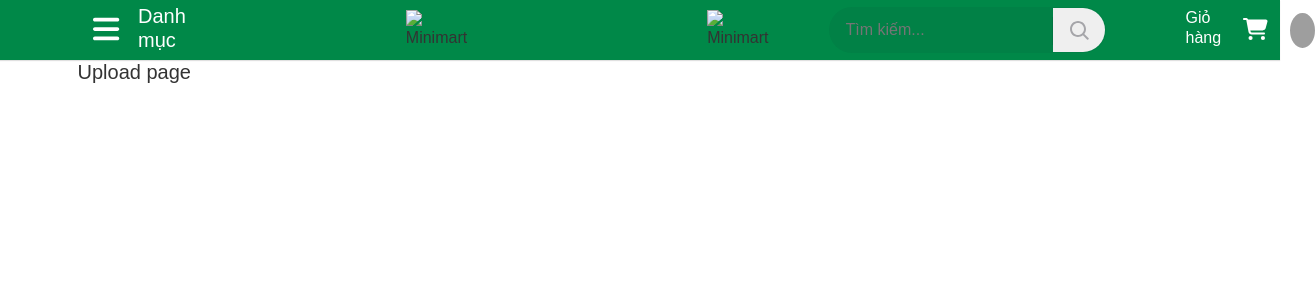
Repository: Duytan05/tiktok-ui
Page: /upload
These files come from the project's save history. The page is drawn as it stood at one moment and after the next save; the edit follows.
The browser window is 1280 px wide. The page is 1315 px wide, then 1280 px, so the pictures cover 1315 px, including what lies to the right of the window. The pictures show the whole page.
Pictures or frames that could not be fetched are drawn as grey boxes. Some web fonts or font styles are not loaded; a fallback is used. The project was rebuilt for these pictures with package versions that can differ from the ones it lists, and the page was loaded fresh each time. Also part of the build but not shown: src/component/Button/Button.module.scss, src/component/Popper/Popper.module.scss, src/component/Popper/Menu/Menu.module.scss, src/component/Popper/Menu/Header.js, src/component/AccountItem/AccountItem.module.scss, src/component/AccountItem/index.js, src/component/Layout/components/Cart/CartItem.js, src/component/Layout/components/Container/Container.module.scss and 16 more.

Above is the page before, as saved 2023-05-23 14:16:02.

### public/index.html
<!DOCTYPE html>

<html lang="en">
    <head>
        <link rel="stylesheet" href="https://cdn.jsdelivr.net/npm/bootstrap@5.3.0-alpha1/dist/css/bootstrap.min.css" />
        <meta charset="utf-8" />
        <link rel="icon" href="%PUBLIC_URL%/favicon.ico" />
        <meta name="viewport" content="width=device-width, initial-scale=1" />
        <meta name="theme-color" content="#000000" />
        <meta name="description" content="Web site created using create-react-app" />
        <link rel="apple-touch-icon" href="%PUBLIC_URL%/logo192.png" />

        <!--
      manifest.json provides metadata used when your web app is installed on a
      user's mobile device or desktop. See https://developers.google.com/web/fundamentals/web-app-manifest/
    -->
        <link rel="manifest" href="%PUBLIC_URL%/manifest.json" />

        <!--
      Notice the use of %PUBLIC_URL% in the tags above.
      It will be replaced with the URL of the `public` folder during the build.
      Only files inside the `public` folder can be referenced from the HTML.

      Unlike "/favicon.ico" or "favicon.ico", "%PUBLIC_URL%/favicon.ico" will
      work correctly both with client-side routing and a non-root public URL.
      Learn how to configure a non-root public URL by running `npm run build`.
    -->
        <title>React App</title>
    </head>

    <body>
        <script
            src="https://cdn.jsdelivr.net/npm/bootstrap@5.3.0-alpha1/dist/js/bootstrap.bundle.min.js"
            integrity="sha384-w76AqPfDkMBDXo30jS1Sgez6pr3x5MlQ1ZAGC+nuZB+EYdgRZgiwxhTBTkF7CXvN"
            crossorigin="anonymous"
        ></script>
        <noscript>You need to enable JavaScript to run this app.</noscript>
        <div id="root"></div>
        <!--
      This HTML file is a template.
      If you open it directly in the browser, you will see an empty page.

      You can add webfonts, meta tags, or analytics to this file.
      The build step will place the bundled scripts into the <body> tag.

      To begin the development, run `npm start` or `yarn start`.
      To create a production bundle, use `npm run build` or `yarn build`.
    --></body>
</html>

### src/index.js
import React from 'react';

import ReactDOM from 'react-dom/client';
import App from '~/App';
import reportWebVitals from './reportWebVitals';
import GlobalStyle from '~/component/GlobalStyles';
const root = ReactDOM.createRoot(document.getElementById('root'));
root.render(
    <React.StrictMode>
        <GlobalStyle>
            <App />
        </GlobalStyle>
    </React.StrictMode>,
);

// If you want to start measuring performance in your app, pass a function
// to log results (for example: reportWebVitals(console.log))
// or send to an analytics endpoint. Learn more: https://bit.ly/CRA-vitals
reportWebVitals();

### src/App.js
import { Fragment } from 'react';
import { BrowserRouter as Router, Routes, Route } from 'react-router-dom';
import { publicRoutes } from '~/routers';
import { DefaultLayout } from './component/Layout';
import '../node_modules/bootstrap/dist/css/bootstrap.min.css';
import { CartProvider } from 'react-use-cart';
function App() {
    return (
        <CartProvider>
            <Router>
                <div className="App">
                    <Routes>
                        {publicRoutes.map((route, index) => {
                            const Page = route.component;
                            let Layout = DefaultLayout;
                            if (route.layout) {
                                Layout = route.layout;
                            } else if (route.layout === null) {
                                Layout = Fragment;
                            }
                            return (
                                <Route
                                    key={index}
                                    path={route.path}
                                    element={
                                        <Layout>
                                            <Page />
                                        </Layout>
                                    }
                                />
                            );
                        })}
                    </Routes>
                </div>
            </Router>
        </CartProvider>
    );
}
export default App;

### src/component/GlobalStyles/index.js
import './GlobalStyles.scss';
function GlobalStyle({ children }) {
    return children;
}
export default GlobalStyle;

### src/routers/index.js
//layouts
import { HeaderOnly } from '~/component/Layout';

//pages
import Home from '~/pages/Home';
import Following from '~/pages/Following';
import Profile from '~/pages/Profile';
import Upload from '~/pages/Upload';
import Search from '~/pages/Search';
import Cart from '~/pages/Cart/Cart';

//Public routes
const publicRoutes = [
    { path: '/', component: Home },
    { path: '/folowing', component: Following },
    { path: '/@:nickname', component: Profile },
    { path: '/cart', component: Cart },
    { path: '/upload', component: Upload, layout: HeaderOnly },
    { path: '/search', component: Search, layout: null },
];

const priviteRoutes = [];

export { priviteRoutes, publicRoutes };

### src/component/GlobalStyles/GlobalStyles.scss
@import 'normalize.css';

:root {
    --primary: #fe2c55;
    --black: #000;
    --text-color: #333;
    --white: #fff;
    //Default layout
    --default-layout-header-height: 60px;
    --default-layout-width: 1150px;
    --default-layout-horizontal-spacer: 24px;
}
* {
    margin: 0;
    padding: 0;
    box-sizing: border-box;
}
html {
    font-size: 62.5%;
}
body {
    font-family: 'ProximaNova', sans-serif;
    font-size: 1.6rem;
    line-height: 1.5;
    text-rendering: optimizeSpeed;
    color: var(--text-color);
}
button,
input,
[tabindex] {
    outline: none;
    border: none;
}
a[href] {
    color: var(--text-color);
    text-decoration: none;
}
//Fonst embeded
@font-face {
    font-family: ProximaNova;
    src: url('/assets/fonts/Proxima-Nova-Regular.woff2');
    font-weight: 400;
}
@font-face {
    font-family: ProximaNova;
    src: url('/assets/fonts/Proxima-Nova-Semibold.woff2');
    font-weight: 600;
}
@font-face {
    font-family: ProximaNova;
    src: url('/assets/fonts/Proxima-Nova-Bold.woff');
    font-weight: 700;
}
@font-face {
    font-family: SofiaPro;
    src: url('/assets/fonts/sofiapro-bold.woff2');
    font-weight: 700;
}

//custom tippy tooltip
body {
    .tippy-box {
        border-radius: 8px;
        font-weight: 600;
        font-size: 1.6rem;
        line-height: 2.2rem;
        background-color: rgba(84, 84, 84, 0.92);
    }
    .tippy-content {
        padding: 8px 9px;
    }
    .tippy-arrow {
        color: rgba(84, 84, 84, 0.92);
    }
    .tippy-box[data-placement^='bottom'] > .tippy-arrow:before {
        top: -8px;
    }
}

### src/pages/Upload/index.js
function Upload() {
    return <h2>Upload page </h2>;
}
export default Upload;

### src/component/Layout/HeaderOnly/index.js
import Header from '~/component/Layout/components/Header';

function HeaderOnly({ children }) {
    return (
        <div>
            <Header />
            <div className="container">
                <div className="content">{children}</div>
            </div>
        </div>
    );
}

export default HeaderOnly;

### src/component/Layout/components/Header/index.js
import classNames from 'classnames/bind';
import { FontAwesomeIcon } from '@fortawesome/react-fontawesome';
import {
    faBars,
    faCartShopping,
    faCircleQuestion,
    faCloudUpload,
    faCoins,
    faEarthAsia,
    faEllipsisVertical,
    faGear,
    faKeyboard,
    faShoppingCart,
    faSignOut,
    faUser,
} from '@fortawesome/free-solid-svg-icons';
import Tippy from '@tippyjs/react';
import 'tippy.js/dist/tippy.css';
import Button from '~/component/Button';
import styles from './Header.module.scss';
import images from '~/assets/images';
import Menu from '~/component/Popper/Menu';
import { MessengerIcon, InboxIcon } from '~/component/icons';
import Image from '~/component/Images';
import Search from '../Search';
import Cart from '~/pages/Cart/Cart';
const cx = classNames.bind(styles);

const MENU_ITEMS = [
    {
        // icon: <FontAwesomeIcon icon={faEarthAsia} />,
        title: 'English',
        children: {
            title: 'language',
            data: [
                {
                    type: 'language',
                    code: 'en',
                    title: 'English',
                },
                {
                    type: 'language',
                    code: 'vi',
                    title: 'Tiếng Việt',
                },
            ],
        },
        separate: true,
    },
    {
        // icon: <FontAwesomeIcon icon={faCircleQuestion} />,
        title: 'GẠO, BỘT, ĐỒ KHÔ GẠO',
        children: {
            title: 'Gạo, bột, đồ khô',
            data: [
                {
                    type: 'Gạo, bột, đồ khô',
                    title: 'Gạo các loại',
                },
                {
                    type: 'Gạo, bột, đồ khô',
                    title: 'Bột các loại',
                },
                {
                    type: 'Gạo, bột, đồ khô',
                    title: 'Xúc xính, lạp xưởng',
                },
            ],
        },
        separate: true,
    },
    {
        // icon: <FontAwesomeIcon icon={faKeyboard} />,
        title: 'MÌ, MIẾN, CHÁO, PHỞ',
        children: {
            title: 'loại',
            data: [
                {
                    type: 'loại',
                    code: 'en',
                    title: 'Mì ăn liền',
                },
                {
                    type: 'loại',
                    code: 'vi',
                    title: 'Hủ tiếu, miến',
                },
            ],
        },
        separate: true,
    },
    {
        // icon: <FontAwesomeIcon icon={faCircleQuestion} />,
        title: 'BIA, NƯỚC GIẢI KHÁT',
        separate: true,
    },
    {
        // icon: <FontAwesomeIcon icon={faKeyboard} />,
        title: 'SỮA CÁC LOẠI',
        separate: true,
    },
    {
        // icon: <FontAwesomeIcon icon={faCircleQuestion} />,
        title: 'BÁNH KEM CÁC LOẠI',
        separate: true,
    },
    {
        // icon: <FontAwesomeIcon icon={faKeyboard} />,
        title: 'CHĂM SÓC CÁ NHÂN',
        separate: true,
    },
    {
        // icon: <FontAwesomeIcon icon={faKeyboard} />,
        title: 'SỮA CÁC LOẠI',
        separate: true,
    },
    {
        // icon: <FontAwesomeIcon icon={faCircleQuestion} />,
        title: 'SẢN PHẨM CHO MẸ VÀ BÉ',
        separate: true,
    },
    {
        // icon: <FontAwesomeIcon icon={faKeyboard} />,
        title: 'VỆ SINH NHÀ CỬA ',
        separate: true,
    },
    {
        // icon: <FontAwesomeIcon icon={faKeyboard} />,
        title: 'ĐỒ DÙNG GIA ĐÌNH',
        separate: true,
    },
    {
        // icon: <FontAwesomeIcon icon={faCircleQuestion} />,
        title: 'CHĂM SÓC THÚ CƯNG',
        separate: true,
    },
];
function Header() {
    const currentUser = true;

    //handle logic
    const handleMenuChange = (menuItem) => {
        switch (menuItem.type) {
            case 'language':
                // handle change language
                break;
            default:
        }
    };
    const userMenu = [
        {
            // icon: <FontAwesomeIcon icon={faKeyboard} />,
            title: 'THỊT, CÁ, TRỨNG HẢI SẢN',
            children: {
                title: 'loại',
                data: [
                    {
                        type: 'loại',
                        code: 'en',
                        title: 'Thịt các loại',
                    },
                    {
                        type: 'loại',
                        code: 'vi',
                        title: 'Cá hải sản',
                    },
                ],
            },
            separate: true,
        },
        {
            // icon: <FontAwesomeIcon icon={faCoins} />,
            title: 'RAU, CỦ, NẤM, TRÁI CÂY ',
            separate: true,
        },
        {
            // icon: <FontAwesomeIcon icon={faGear} />,
            title: 'DẦU ĂN, GIA VỊ',
            separate: true,
        },
        {
            // icon: <FontAwesomeIcon icon={faSignOut} />,
            title: 'KEM, THỰC PHẨM ĐÔNG ',
            separate: true,
        },
        ...MENU_ITEMS,
    ];
    return (
        <header className={cx('wrapper')}>
            <div className={cx('inner')}>
                <div>
                    <Menu items={currentUser ? userMenu : MENU_ITEMS} onChange={handleMenuChange}>
                        {currentUser ? (
                            <div className={cx('category')}>
                                <FontAwesomeIcon icon={faBars} />
                            </div>
                        ) : (
                            <button className={cx('more-btn')}>
                                {/* <FontAwesomeIcon icon={faEllipsisVertical} /> */}
                            </button>
                        )}
                    </Menu>
                </div>
                <div className={cx('font')}>
                    <h2>Danh mục</h2>
                </div>

                <div className={cx('logo')}>
                    <img src={images.logo} alt="Minimart" />
                </div>
                <div className={cx('logo')}>
                    <img src={images.logo} alt="Minimart" />
                </div>
                <Search />

                <div className={cx('actions')}>
                    {currentUser ? (
                        <>
                            <h2 className={cx('cart')}> Giỏ hàng</h2>
                            <Tippy delay={[0, 200]} content="Không có sản phẩm nào ">
                                <button className={cx('action-btn')}>
                                    <FontAwesomeIcon icon={faCartShopping} />
                                </button>
                            </Tippy>
                            {/* <Tippy delay={[0, 200]} content="Messenger">
                                <button className={cx('action-btn')}>
                                    <MessengerIcon />
                                </button>
                            </Tippy>
                            <Tippy delay={[0, 200]} content="Inbox">
                                <button className={cx('action-btn')}>
                                    <InboxIcon />
                                </button>
                            </Tippy> */}
                        </>
                    ) : (
                        <>
                            <Button text>Upload</Button>
                            <Button outline>Log in</Button>
                        </>
                    )}
                    <Menu items={currentUser ? userMenu : MENU_ITEMS} onChange={handleMenuChange}>
                        {currentUser ? (
                            <Image
                                className={cx('user-avatar')}
                                src="https://scontent.fdad3-6.fna.fbcdn.net/v/t1.6435-1/150974224_952087568662287_5984013307778399862_n.jpg?stp=dst-jpg_p240x240&_nc_cat=104&ccb=1-7&_nc_sid=7206a8&_nc_ohc=u4lMAaiw6TAAX-odUgu&_nc_ht=scontent.fdad3-6.fna&oh=00_AfBUJRRRC8g_SBR02wp9-YY0TuGQzrEHaPRoPmDXD2u9qA&oe=6436BB5B"
                                alt="Nguyen Duy Tan"
                                fallback="https://scontent.fdad3-6.fna.fbcdn.net/v/t39.30808-6/311334752_809752306938632_8892506977697071182_n.jpg?_nc_cat=109&ccb=1-7&_nc_sid=09cbfe&_nc_ohc=c5j96XV44O4AX97p_ca&_nc_ht=scontent.fdad3-6.fna&oh=00_AfD0DEI9bPBowkqAfO6cPP2YKK8KH7ifb-G1q4WDXZXlOw&oe=6415753F"
                            />
                        ) : (
                            <button className={cx('more-btn')}>
                                <FontAwesomeIcon icon={faEllipsisVertical} />
                            </button>
                        )}
                    </Menu>
                </div>
            </div>
        </header>
    );
}
export default Header;

### src/component/Button/index.js
import classNames from 'classnames/bind';
import { Link } from 'react-router-dom';
import styles from './Button.module.scss';

const cx = classNames.bind(styles);

function Button({
    to,
    href,
    primary = false,
    outline = false,
    text = false,
    disabled,
    rounded = false,
    small = false,
    large = false,
    children,
    className,
    leftIcon,
    rightIcon,
    onClick,
    ...passProps
}) {
    let Comp = 'button';

    const props = {
        onClick,
        ...passProps,
    };
    //remove event listener when btn is disabled
    if (disabled) {
        Object.keys(props).forEach((key) => {
            if (key.startsWith('on') && typeof props[key] === 'function') {
                delete props[key];
            }
        });
    }
    if (to) {
        props.to = to;
        Comp = Link;
    } else if (href) {
        props.href = href;
        Comp = 'a';
    }
    const classes = cx('wrapper', {
        [className]: className,
        primary,
        outline,
        text,
        rounded,
        small,
        disabled,
        large,
    });
    return (
        <Comp className={classes} {...props}>
            {leftIcon && <span className={cx('icon')}>{leftIcon}</span>}
            <span className={cx('title')}>{children}</span>
            {rightIcon && <span className={cx('icon')}>{rightIcon}</span>}
        </Comp>
    );
}

export default Button;

### src/component/Layout/components/Header/Header.module.scss
.wrapper {
    --search-border-radius: 92px;
    --search-height: 46px;
    --search-top-spacer: 9px;
    --search-buttom-width: 52px;
    width: 100%;
    height: var(--default-layout-header-height, 60px);
    box-shadow: 0px 1px 1px rgb(0 0 0/ 12%);
    display: flex;
    justify-content: center;
    background-color: #008848;
}

.inner {
    height: 100%;
    width: var(--default-layout-width);
    padding: 0 var(--default-layout-horizontal-spacer);
    display: flex;
    align-items: center;
    justify-content: space-between;
}

.custom-login {
    color: red;
}
//actions
.actions {
    display: flex;
    align-items: center;
}
.more-btn {
    font-size: 2rem;
    margin-left: 28px;
    padding: 4px 8px;
    background-color: transparent;
    cursor: pointer;
}
.action-btn {
    font-size: 2.2rem;
    color: white;
    background-color: transparent;
    padding: 4px 12px;
    cursor: pointer;
}
.user-avatar {
    width: 35px;
    height: 35px;
    object-fit: cover;
    border-radius: 50%;
    margin-left: 10px;
    cursor: pointer;
}
.category {
    width: 45px;
    height: 45px;
    font-size: 30px;
    align-items: center;
    color: white;
    margin-left: 4px;
    cursor: pointer;
}
.font {
    margin-right: 40px;
    font-size: 16px;
    color: white;
}
.logo {
    margin-left: 180px;
    margin-right: 60px;
}
.cart {
    font-size: 16px;
    color: white;
    background-color: transparent;
    margin-left: 80px;
}

### src/assets/images/index.js
const images = {
    logo: require('~/assets/images/logo.webp').default,
    noImage: require('~/assets/images/no-image.png'),
};

export default images;

### src/component/Popper/Menu/index.js
import classNames from 'classnames/bind';
import Tippy from '@tippyjs/react/headless';

import { Wrapper as PopperWrapper } from '~/component/Popper';
import styles from './Menu.module.scss';
// import Header from './Header';
import MenuItem from './MenuItem';
import { useState } from 'react';
import Header from './Header';

const cx = classNames.bind(styles);

const defaultfn = () => {};

function Menu({ children, items = [], onChange = defaultfn }) {
    const [history, setHistory] = useState([{ data: items }]);
    const current = history[history.length - 1];

    const renderItems = () => {
        return current.data.map((item, index) => {
            const isParent = !!item.children;
            return (
                <MenuItem
                    key={index}
                    data={item}
                    onClick={() => {
                        if (isParent) {
                            setHistory((prev) => [...prev, item.children]);
                        } else {
                            onChange(item);
                        }
                    }}
                />
            );
        });
    };
    return (
        <Tippy
            interactive
            placement="bottom-start"
            delay={[0, 5000]}
            offset={[0, 0]}
            render={(attrs) => (
                <div className={cx('menu-list')} tabIndex="-1" {...attrs}>
                    <PopperWrapper className={cx('menu-popper')}>
                        {history.length > 1 && (
                            <Header
                                title="Types"
                                onBack={() => {
                                    setHistory((prev) => prev.slice(0, prev.length - 1));
                                }}
                            />
                        )}

                        {renderItems()}
                    </PopperWrapper>
                </div>
            )}
            // set lại giá trị như ban đầu
            onHide={() => setHistory((prev) => prev.slice(0, 1))}
        >
            {children}
        </Tippy>
    );
}

export default Menu;

### src/component/Images/index.js
import classNames from 'classnames';
import { forwardRef, useState } from 'react';
import images from '~/assets/images';
import Styles from './Image.module.scss';
const Image = forwardRef(({ src, alt, className, fallback: customFallback = images.noImage, ...props }, ref) => {
    const [fallback, setFallback] = useState('');

    const handleError = () => {
        setFallback(images.noImage);
    };
    return (
        <img
            className={classNames(Styles.wrapper, className)}
            ref={ref}
            src={fallback || src}
            alt={alt}
            {...props}
            onError={handleError}
        />
    );
});

export default Image;

### src/component/Popper/Menu/MenuItem.js
import classNames from 'classnames/bind';
import Button from '~/component/Button';
import styles from './Menu.module.scss';

const cx = classNames.bind(styles);

function MenuItem({ data, onClick }) {
    const classes = cx('menu-item', {
        separate: data.separate,
    });
    return (
        <Button className={classes} leftIcon={data.icon} to={data.to} onClick={onClick}>
            {' '}
            {data.title}
        </Button>
    );
}
export default MenuItem;

### src/utills/request.js
import axios from 'axios';

const request = axios.create({
    baseURL: 'https://tiktok.fullstack.edu.vn/api/',
});

export const get = async (path, options = {}) => {
    const response = await request.get();
    return response.data;
};
export default request;

### src/component/Layout/components/Search/Search.module.scss
.search,
.search-result {
    width: 361px;
}
.search {
    position: relative;
    height: var(--search-height);
    padding-left: 16px;
    display: flex;
    background-color: rgb(22, 25, 35, 0.06);
    // cho hình nó cong , tròn lại xíu hhaa
    border-radius: var(--search-border-radius);
    border: 1.5px solid transparent;

    input {
        flex: 1;
        height: 100%;
        color: var(--black);
        font-size: 1.6rem;
        // màu con nháy chuột
        caret-color: var(--primary);
        background-color: transparent;
    }
    input:not(:placeholder-shown) ~ .search-btn {
        color: rgba(22, 24, 35, 0.75);
    }
    &::after {
        content: '';
        position: absolute;
        top: var(--search-top-spacer);
        right: var(--search-buttom-width);
        height: calc(var(--search-height) - var(--search-top-spacer) * 2);
        width: 1px;
        background-color: rgba(22, 24, 35, 0.12);
    }
    &:focus-within {
        border-color: rgba(22, 24, 35, 0.2);
    }
}
.search-title {
    padding: 5px 12px;
    font-size: 1.4rem;
    font-weight: 600;
    color: rgba(22, 24, 35, 0.5);
}
.clear,
.loading {
    position: absolute;
    //căn giữa
    right: calc(var(--search-buttom-width) + 16px);
    top: 50%;
    transform: translateY(-50%);
    color: rgba(22, 24, 35, 0.34);
}
.loading {
    animation: spinner 2s linear infinite;
}

@keyframes spinner {
    from {
        transform: translateY(-50%) rotate(0);
    }
    to {
        transform: translateY(-50%) rotate(360deg);
    }
}
.search-btn {
    width: var(--search-buttom-width);
    height: 100%;
    border-top-right-radius: var(--search-border-radius);
    border-bottom-right-radius: var(--search-border-radius);
    font-size: 1.8rem;
    color: rgba(22, 24, 35, 0.34);
    &:hover {
        cursor: pointer;
        background-color: rgba(22, 24, 35, 0.03);
    }
    &:active {
        background-color: rgba(22, 24, 35, 0.06);
    }
}

### src/component/Popper/Wrapper.js
import classNames from 'classnames/bind';
import styles from './Popper.module.scss';

const cx = classNames.bind(styles);
function Wrapper({ children, className }) {
    return <div className={cx('wrapper', className)}>{children}</div>;
}

export default Wrapper;

### src/hooks/useDebounce.js
import { useState, useEffect } from 'react';

function useDebounce(value, delay) {
    const [debounceValue, setDebounceValue] = useState(value);

    useEffect(() => {
        const handler = setTimeout(() => setDebounceValue(value), delay);

        return () => clearTimeout(handler);
    }, [value]);

    return debounceValue;
}
export default useDebounce;

Loaded but not shown: src/reportWebVitals.js (common file); src/component/Layout/index.js (common file); src/component/Popper/index.js (common file); src/component/Images/Image.module.scss (common file); src/hooks/index.js (common file); src/component/Layout/components/Search/index.js (97 lines, source omitted); src/component/icons/index.js (52 lines, source omitted); src/component/Layout/components/Itemcart/itemcart.module.scss (no stored copy; drawn as an empty file)

After the next save:
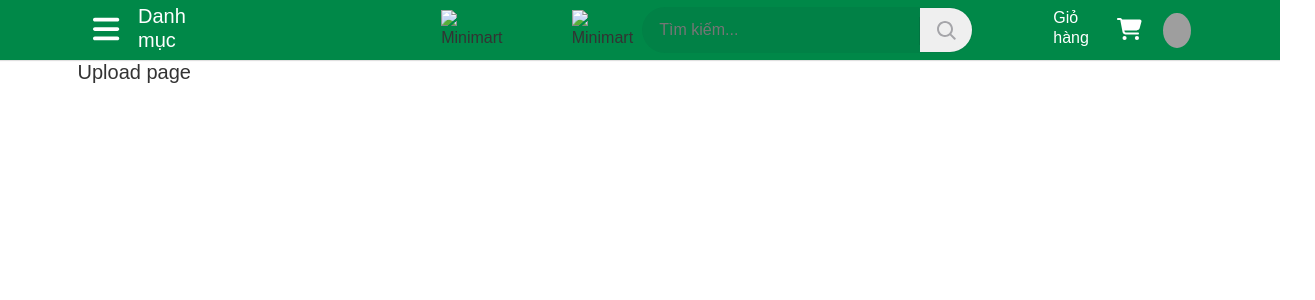
Saved 24 s later.
--- a/src/component/Layout/components/Header/index.js
+++ b/src/component/Layout/components/Header/index.js
@@ -208,7 +208,7 @@ function Header() {
                 <div className={cx('logo')}>
                     <img src={images.logo} alt="Minimart" />
                 </div>
-                <div className={cx('logo')}>
+                <div className={cx('map')}>
                     <img src={images.logo} alt="Minimart" />
                 </div>
                 <Search />
